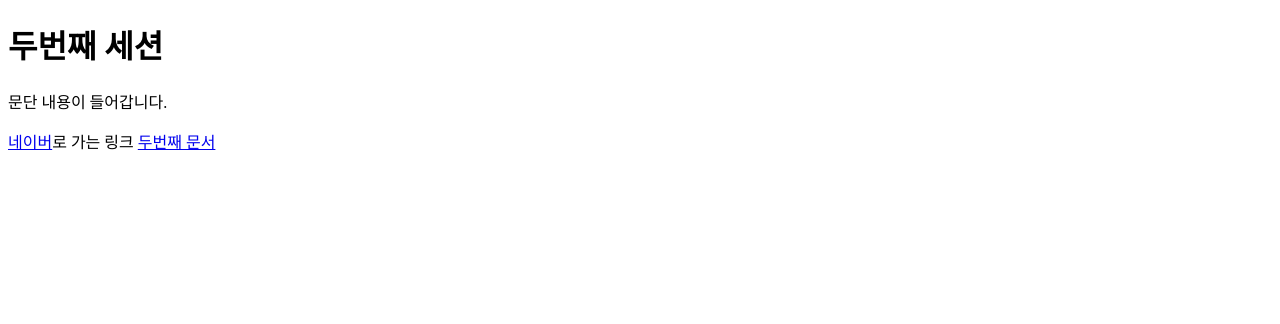
Repository: hyeyeonjung/YONI
Page: test.html
The author's editor kept a record of every edit. The page is drawn from the files as they stood at one moment, then again after the next edit.
The browser window is 1280 px wide. The pictures show the whole page.

Above is the page before.

After the next edit:
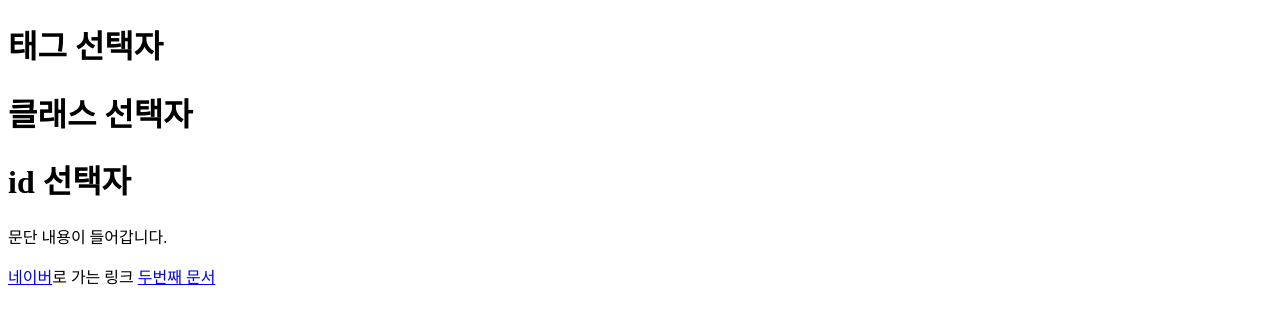
The edit:
--- a/test.html
+++ b/test.html
@@ -6,14 +6,12 @@
     <meta http-equiv="X-UA-Compatible" content="ie=edge">
     <title>신나는 토요일</title>
     <link rel="stylesheet" href="" type="text/css" />
-    <!--<style>-->
-    <!--    h1{-->
-    <!--        color:red;-->
-    <!--    }-->
-    <!--</style>-->
+
 </head>
 <body>
-    <h1>두번째 세션</h1>
+    <h1>태그 선택자</h1>
+    <h1 class="red-color">클래스 선택자</h1>
+    <h1>id 선택자</h1>
     <p>문단 내용이 들어갑니다. </p>
     <!--<form action="" method="get">-->
     <!--    <input type="text" name="like">-->
